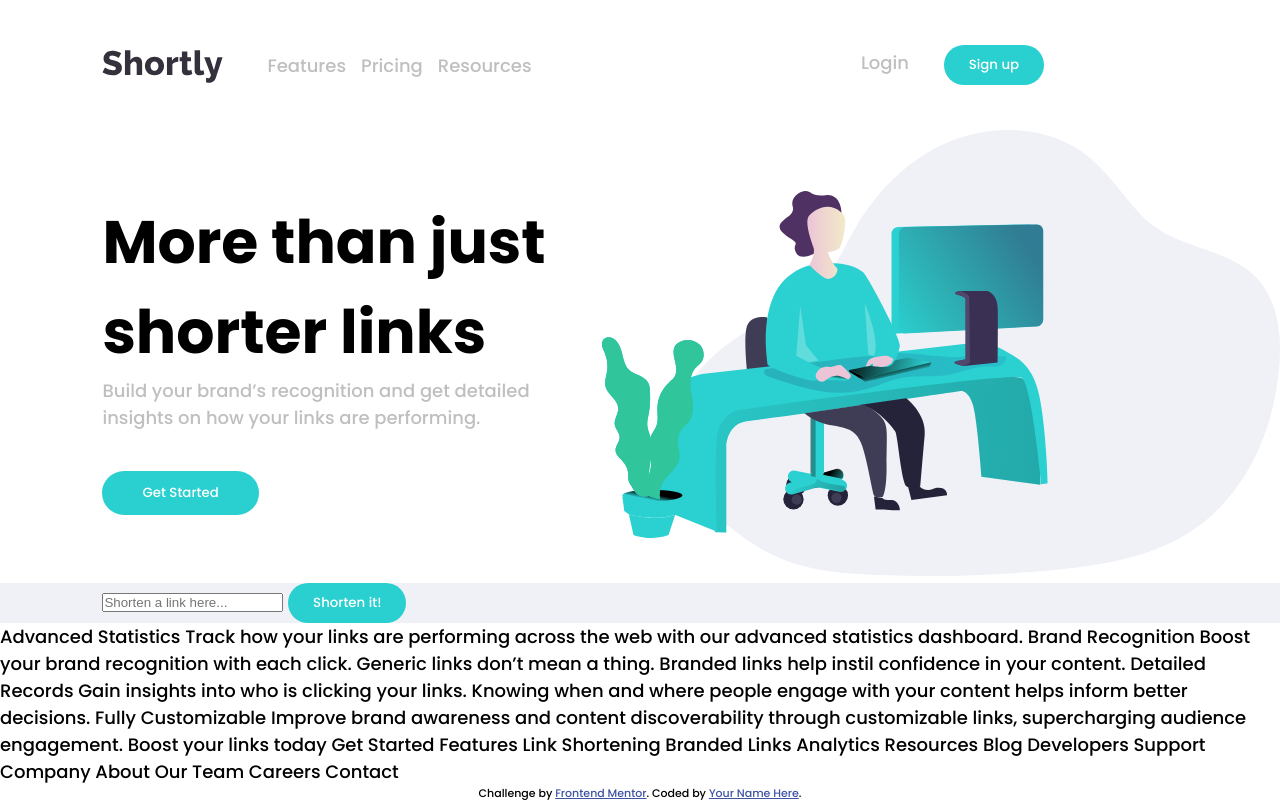
Repository: mamulini/URL-shortener
Page: index.html
The author's editor kept a copy of each file at every save. The page is drawn from the files as they stood at one save, then again after the next save.
The browser window is 1280 px wide. The pictures show the whole page.
The style sheet was rebuilt from its Sass, Less or Tailwind sources for each picture, by a compiler version that may differ from the author's.

Above is the page before, as saved 2020-04-11 21:30:44.

After the next save:
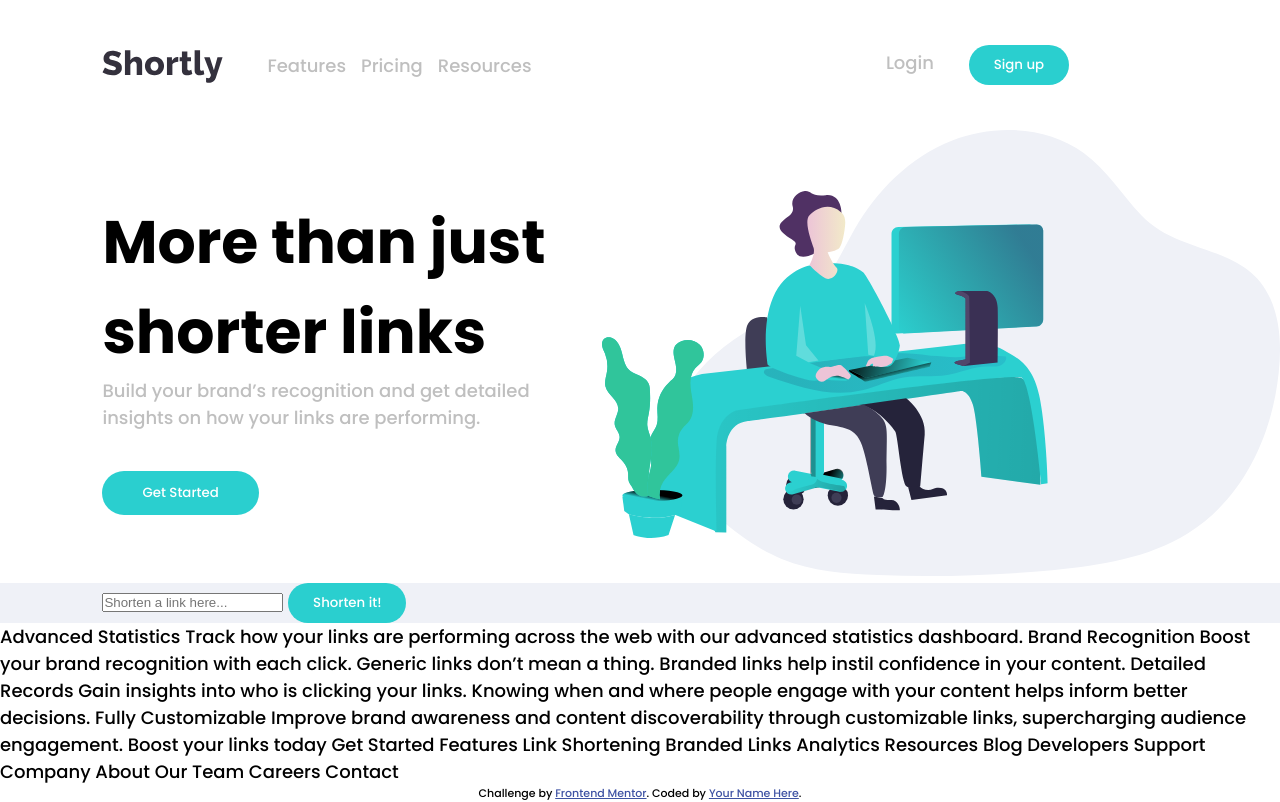
Saved 2 min 19 s later.
--- a/sass/main.scss
+++ b/sass/main.scss
@@ -75,7 +75,7 @@ img {
     }
 
     &__sign-up{
-        margin-right: 25px;
+
     }
 }
 
